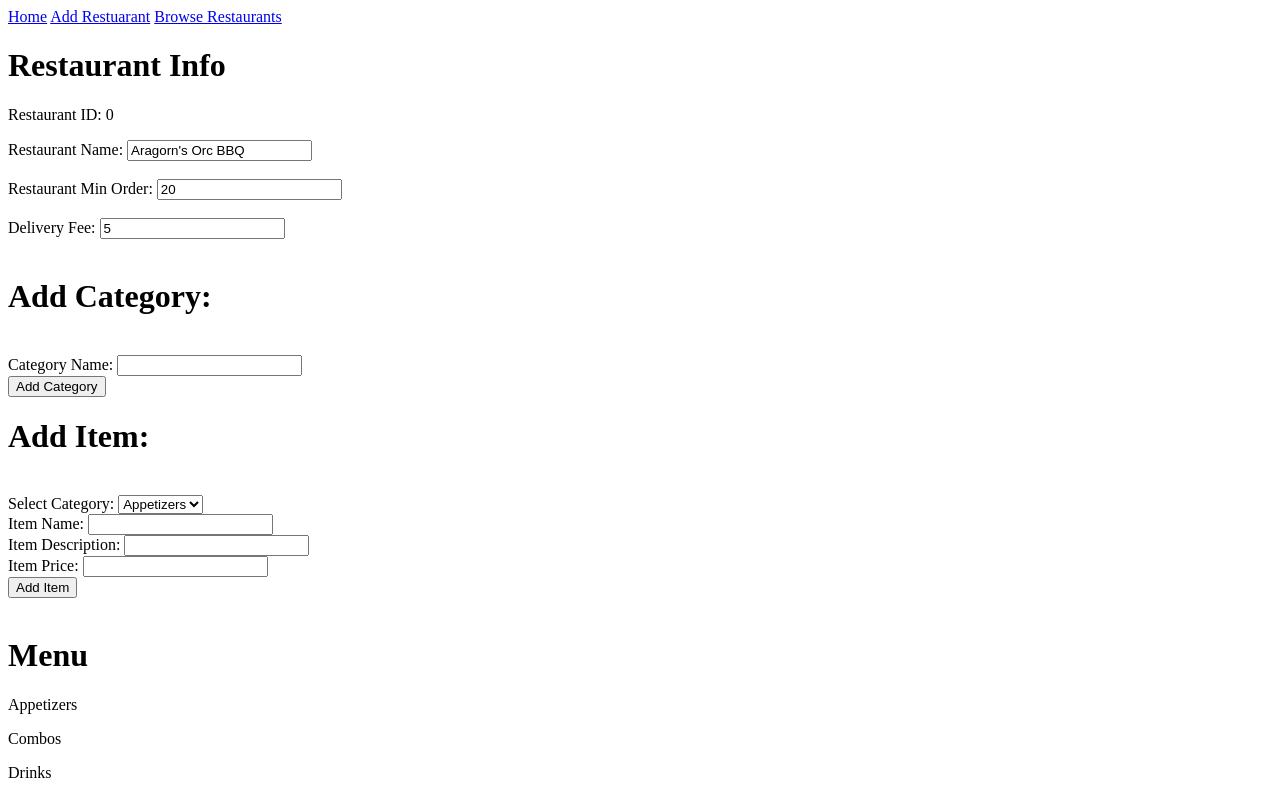
Repository: hudaali14/Carleton
Page: http://localhost/restaurants/0
An editor plug-in stored every save of this project. The page is shown before and after a run of saves, followed by the edit.
The browser window is 1280 px wide. The pictures show the whole page.
The page is served by the project's Node server (server.js).

Above is the page before, as saved 2020-03-12 18:28:35.

### 2406/Assignments/Assignment3 (100)/views/pages/restaurantpage.pug
html
    head
        title  You Want Food?
body
    include ../partials/header

    h1 Restaurant Info
    p Restaurant ID: #{restaurant.id}
    | Restaurant Name:
    input(type= "text", id="restaurantnamepage", value = restaurant.name)
    br
    br
    | Restaurant Min Order:
    input(type= "text", id="restaurantname", value = restaurant.min_order)
    br
    br
    | Delivery Fee:
    input(type= "text", id="restaurantname", value = restaurant.delivery_fee)
    br
    br

    h1 Add Category:
    br
    | Category Name:
    input(type= "text", id="restaurantname")
    br

    button(type="button", id="submitbutton") Add Category


    h1 Add Item:
    br
    | Select Category:
    - let dropdownMenu = Object.keys(restaurant.menu);
    select
        each category in dropdownMenu
            option=category
    br
    | Item Name:
    input(type= "text", id="restaurantnamepage")
    br
    | Item Description:
    input(type= "text", id="restaurantname")
    br
    | Item Price:
    input(type= "text", id="restaurantname")
    br
    button(type="button", id="additembutton") Add Item
    br
    br

    h1 Menu

    each category in dropdownMenu
        p #{category}

### 2406/Assignments/Assignment3 (100)/views/partials/header.pug
div#header
	a(href="/") Home
	|
	a(href="/addrestaurant") Add Restuarant
	|
	a(href="/restaurants") Browse Restaurants
	|

### 2406/Assignments/Assignment3 (100)/server.js
const express = require('express');
const fs = require("fs");
let app = express();


app.set("view engine", "pug");
app.use(express.json())

// app.use(bodyParser.json());
// app.use(bodyParser.urlencoded({ extended: true }));

let restaurants = [];
let restaurantNames = {names: []};
let restaurantIDs = {restaurants: []};
let id = 0;

//Reads all files in restaurant directory
fs.readdir("./restaurants/", function(err, filenames) {
    if (err) {
        response.statusCode = 500;
        response.end("Error reading file.");
        return;
    }
    filenames.forEach(function(filename) {
        fs.readFile("./restaurants/" + filename, 'utf-8', function(err, content) {
            if (err) {
                response.statusCode = 500;
                response.end("Error reading file.");
                return;
			}
            //Saves files to restaurant array
            let res = JSON.parse(content);
			restaurants[res.id] = res;
			//Saves names in restuarantNames array
            restaurantNames.names.push({name: restaurants[res.id].name, id: restaurants[res.id].id});
            restaurantIDs.restaurants.push(restaurants[res.id].id);
            id++;
		});
    });
});

app.get("/", setPage);
app.get("/restaurants", getRestaurants);
app.get("/addrestaurant", addRestaurant);
app.get("/client.js", getClient);
app.get("/restaurants/:restID", getRestaurantId);
app.post("/restaurants", createRestaurant);


function setPage(req, res, next){
    res.format({
        "text/html": function(){
            res.status(200).render("pages/home");
        }
    });
}

function getRestaurants(req, res, next){
    res.format({
        "text/html": function(){
            res.status(200).render("pages/restaurants", {restaurantNames: restaurantNames.names});
        },
        "application/json": function(){
            res.status(200).json(restaurantIDs);
        }
    });
}

function addRestaurant(req, res, next){
    res.format({
        "text/html": function(){
            res.status(200).render("pages/addrestaurant");
        }
    });
}

function getClient(req, res, next){
    fs.readFile("client.js", function(err, data){
        if(err){
            res.statusCode = 500;
            res.end("Error reading file.");
            return;
        }
        res.status(200).send(data);
        return;
    });
}

function createRestaurant(req, res, next){
    res.format({
        "application/json": function(){
            let restaurant = {};
            restaurant.id = id;
            id++;
            restaurant.name = req.body.name;
            restaurant.delivery_fee = parseInt(req.body.delivery_fee);
            restaurant.min_order= parseInt(req.body.min_order);
            restaurant.menu = {};
            restaurants[restaurant.id] = restaurant;
            res.status(200).json(restaurant);

        }
    });
}

function getRestaurantId(req, res, next){
    let resid = req.url.split("/");
    res.format({
        "text/html": function(){
            res.status(200).render("pages/restaurantpage", {restaurant: restaurants[resid[2]]});
        },
        "application/json": function(){
            res.status(200).json(restaurants[resid[2]]);
        }
    });
}

app.listen(3000);
console.log("Server listening at http://localhost:3000");

### 2406/Assignments/Assignment3 (100)/restaurants/aragorn.json
{
  "id": 0,
  "name": "Aragorn's Orc BBQ",
  "min_order": 20,
  "delivery_fee": 5,
  "menu": {
    "Appetizers": {
      "0": {
        "name": "Orc feet",
        "description": "Seasoned and grilled over an open flame.",
        "price": 5.5
      },
      "1": {
        "name": "Pickled Orc fingers",
        "description": "Served with warm bread, 5 per order.",
        "price": 4
      },
      "2": {
        "name": "Sauron's Lava Soup",
        "description": "It's just really spicy water.",
        "price": 7.5
      },
      "3": {
        "name": "Eowyn's (In)Famous Stew",
        "description": "Bet you can't eat it all.",
        "price": 0.5
      },
      "4": {
        "name": "The 9 rings of men.",
        "description": "The finest of onion rings served with 9 different dipping sauces.",
        "price": 14.5
      }
    },
    "Combos": {
      "5": {
        "name": "Buying the Farm",
        "description": "An arm and a leg, a side of cheek meat, and a buttered biscuit.",
        "price": 15.99
      },
      "6": {
        "name": "The Black Gate Box",
        "description": "Lots of unidentified pieces. Serves 50.",
        "price": 65
      },
      "7": {
        "name": "Mount Doom Roast Special with Side of Precious Onion Rings.",
        "description": "Smeagol's favorite.",
        "price": 15.75
      },
      "8": {
        "name": "Morgoth's Scorched Burgers with Chips",
        "description": "Blackened beyond recognition.",
        "price": 13.33
      },
      "10": {
        "name": "Slab of Lurtz Meat with Greens.",
        "description": "Get it while supplies last.",
        "price": 17.5
      },
      "11": {
        "name": "Rangers Field Feast.",
        "description": "Is it chicken? Is it rabbit? Or...",
        "price": 5.99
      }
    },
    "Drinks": {
      "12": {
        "name": "Orc's Blood Mead",
        "description": "It's actually raspberries - Orc's blood would be gross.",
        "price": 5.99
      },
      "13": {
        "name": "Gondorian Grenache",
        "description": "A fine rose wine.",
        "price": 7.99
      },
      "14": {
        "name": "Mordor Mourvedre",
        "description": "A less-fine rose wine.",
        "price": 5.99
      }
    }
  }
}

### 2406/Assignments/Assignment3 (100)/restaurants/frodo.json
{
  "id": 2,
  "name": "Frodo's Flapjacks",
  "min_order": 35,
  "delivery_fee": 6,
  "menu": {
    "Breakfast": {
      "0": {
        "name": "Hobbit Hash",
        "description": "Five flapjacks, potatoes, leeks, garlic, cheese.",
        "price": 9
      },
      "1": {
        "name": "The Full Flapjack Breakfast",
        "description": "Eight flapjacks, two sausages, 3 eggs, 4 slices of bacon, beans, and a coffee.",
        "price": 14
      },
      "2": {
        "name": "Southfarthing Slammer",
        "description": "15 flapjacks and 2 pints of syrup.",
        "price": 12
      }
    },
    "Second Breakfast": {
      "3": {
        "name": "Beorning Breakfast",
        "description": "6 flapjacks smothers in honey.",
        "price": 7.5
      },
      "4": {
        "name": "Shire Strawberry Special",
        "description": "6 flapjacks and a hearty serving of strawberry jam.",
        "price": 8
      },
      "5": {
        "name": "Buckland Blackberry Breakfast",
        "description": "6 flapjacks covered in fresh blackberries. Served with a large side of sausage.",
        "price": 14.99
      }
    },
    "Elevenses": {
      "6": {
        "name": "Lembas",
        "description": "Three pieces of traditional Elvish Waybread",
        "price": 7.7
      },
      "7": {
        "name": "Muffins of the Marish",
        "description": "A variety of 8 different types of muffins, served with tea.",
        "price": 9
      },
      "8": {
        "name": "Hasty Hobbit Hash",
        "description": "Potatoes with onions and cheese. Served with coffee.",
        "price": 5
      }
    },
    "Luncheon": {
      "9": {
        "name": "Shepherd's Pie",
        "description": "A classic. Includes 3 pies.",
        "price": 15.99
      },
      "10": {
        "name": "Roast Pork",
        "description": "An entire pig slow-roasted over a fire.",
        "price": 27.99
      },
      "11": {
        "name": "Fish and Chips",
        "description": "Fish - fried. Chips - nice and crispy.",
        "price": 5.99
      }
    },
    "Afternoon Tea": {
      "12": {
        "name": "Tea",
        "description": "Served with sugar and cream.",
        "price": 3
      },
      "13": {
        "name": "Coffee",
        "description": "Served with sugar and cream.",
        "price": 3.5
      },
      "14": {
        "name": "Cookies and Cream",
        "description": "A dozen cookies served with a vat of cream.",
        "price": 15.99
      },
      "15": {
        "name": "Mixed Berry Pie",
        "description": "Fresh baked daily.",
        "price": 7
      }
    },
    "Dinner": {
      "16": {
        "name": "Po-ta-to Platter",
        "description": "Boiled. Mashed. Stuck in a stew.",
        "price": 6
      },
      "17": {
        "name": "Bree and Apple",
        "description": "One wheel of brie with slices of apple.",
        "price": 7.99
      },
      "18": {
        "name": "Maggot's Mushroom Mashup",
        "description": "It sounds disgusting, but its pretty good",
        "price": 6.5
      },
      "19": {
        "name": "Fresh Baked Bread",
        "description": "A whole loaf of the finest bread the Shire has to offer.",
        "price": 6
      },
      "20": {
        "name": "Pint of Ale",
        "description": "Yes, it comes in pints.",
        "price": 5
      }
    },
    "Supper": {
      "21": {
        "name": "Sausage Sandwich",
        "description": "Six whole sausages served on a loaf of bread. Covered in onions, mushrooms and gravy.",
        "price": 15.99
      },
      "22": {
        "name": "Shire Supper",
        "description": "End the day as you started it, with a dozen flapjacks, 5 eggs, 3 sausages, 7 pieces of bacon, and a pint of ale.",
        "price": 37.99
      }
    }
  }
}

### 2406/Assignments/Assignment3 (100)/restaurants/legolas.json
{
  "id": 1,
  "name": "Lembas by Legolas",
  "min_order": 15,
  "delivery_fee": 3.99,
  "menu": {
    "Lembas": {
      "0": {
        "name": "Single",
        "description": "One piece of lembas.",
        "price": 3
      },
      "1": {
        "name": "Double",
        "description": "Two pieces of lembas.",
        "price": 5.5
      },
      "2": {
        "name": "Triple",
        "description": "Three pieces, which should be more than enough.",
        "price": 8
      }
    },
    "Combos": {
      "3": {
        "name": "Second Breakfast",
        "description": "Two pieces of lembas with honey.",
        "price": 7.5
      },
      "4": {
        "name": "There and Back Again",
        "description": "All you need for a long journey - 6 pieces of lembas, salted pork, and a flagon of wine.",
        "price": 25.99
      },
      "5": {
        "name": "Best Friends Forever",
        "description": "Lembas and a heavy stout.",
        "price": 6.6
      }
    }
  }
}

After the next 4 saves:
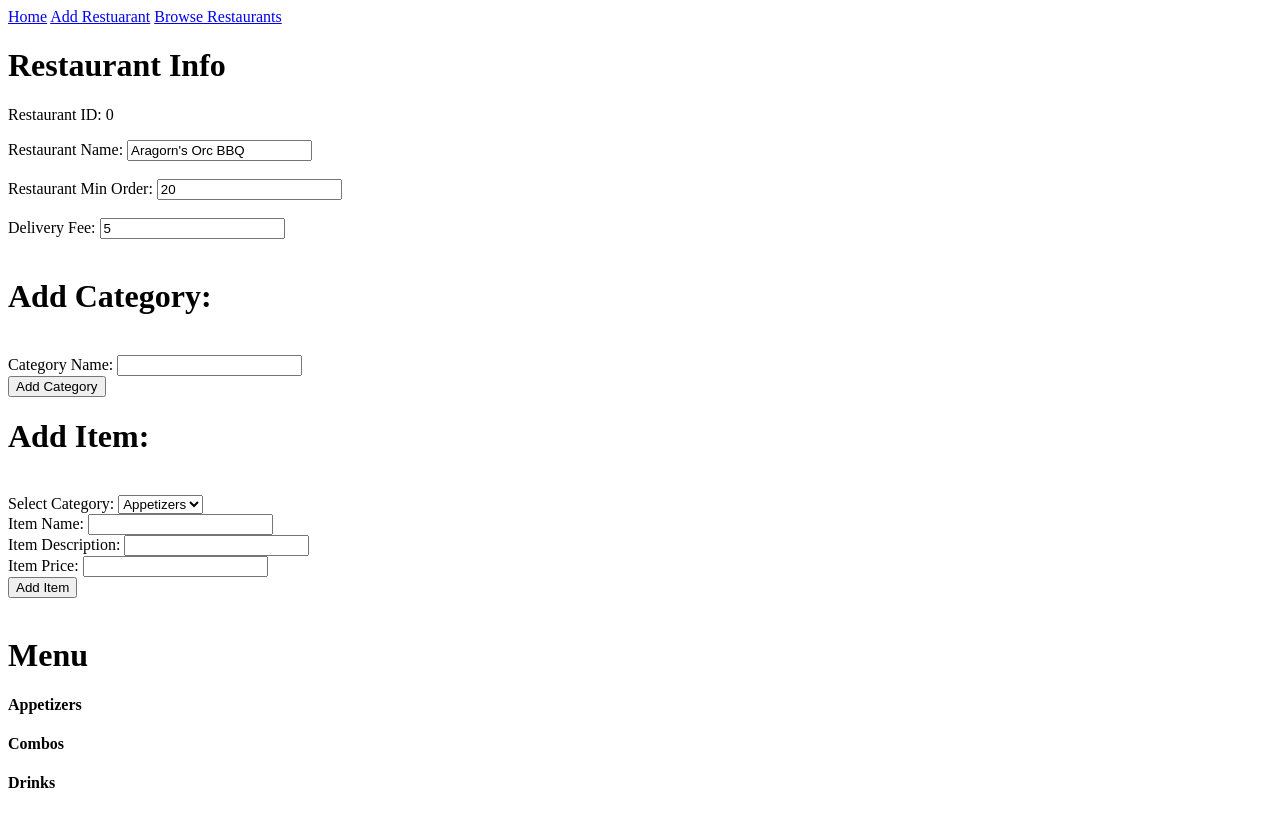
The 4 saves are shown as one change because 3 did not build or start.
The last was saved 2 min 29 s later.
--- a/2406/Assignments/Assignment3 (100)/views/pages/restaurantpage.pug
+++ b/2406/Assignments/Assignment3 (100)/views/pages/restaurantpage.pug
@@ -31,9 +31,9 @@ body
     h1 Add Item:
     br
     | Select Category:
-    - let dropdownMenu = Object.keys(restaurant.menu);
+    - let menu = Object.keys(restaurant.menu);
     select
-        each category in dropdownMenu
+        each category in menu
             option=category
     br
     | Item Name:
@@ -51,5 +51,5 @@ body
 
     h1 Menu
 
-    each category in dropdownMenu
-        p #{category}
+    each category in menu
+        h4 #{category}
